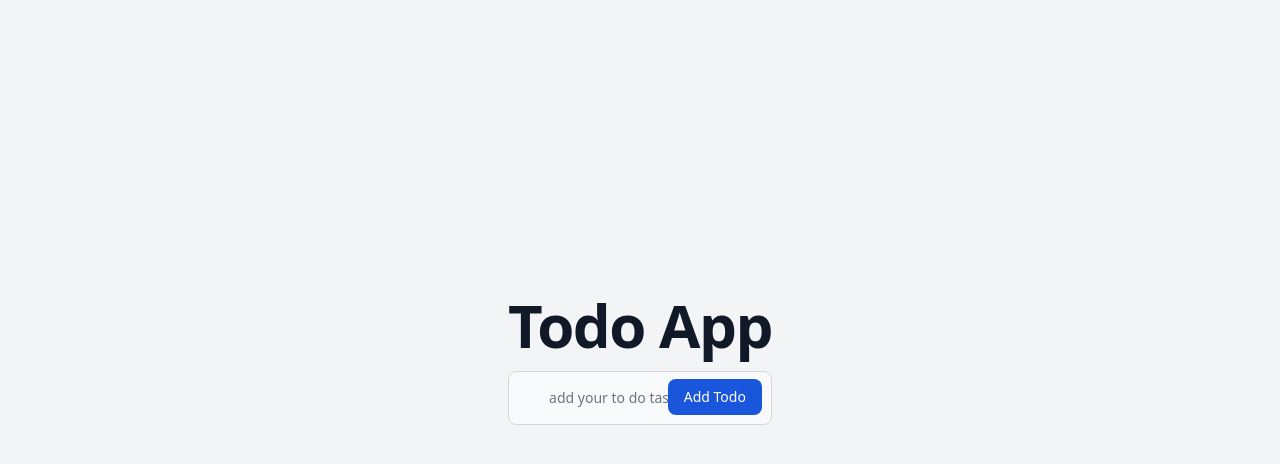
Repository: sodmaq/Todo-App
Page: /
The author's editor kept a copy of each file at every save. The page is drawn from the files as they stood at one save, then again after the next save.
The browser window is 1280 px wide. The pictures show the whole page.
The project was rebuilt for these pictures with package versions that can differ from the ones it lists, and the page was loaded fresh each time. Also part of the build but not shown: vite.config.js, src/components/TodoItem.jsx.

Above is the page before, as saved 2024-09-03 18:23:32.

After the next save:
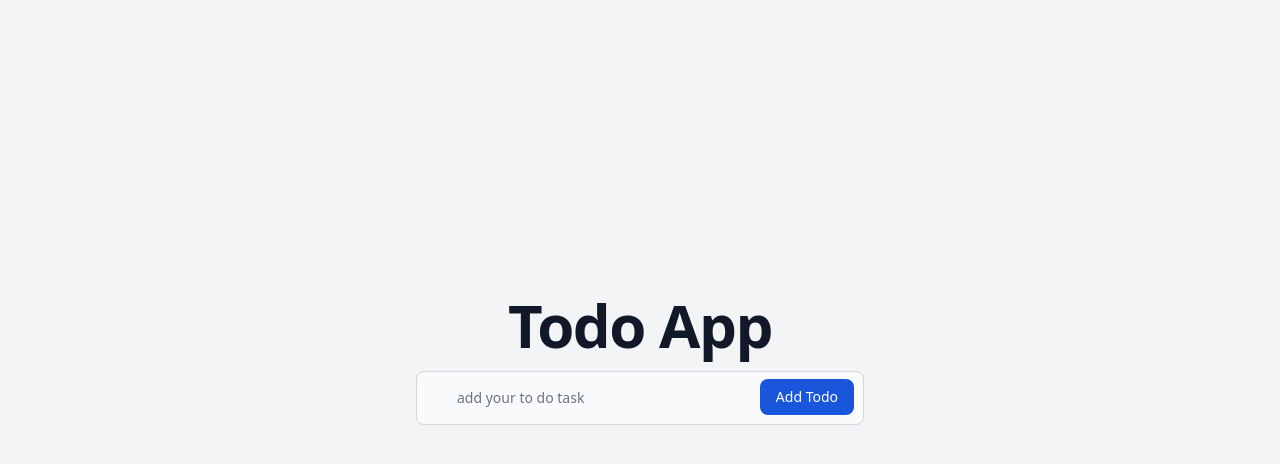
Saved 26 s later.
--- a/src/App.jsx
+++ b/src/App.jsx
@@ -32,7 +32,7 @@
 
   return (
     <main className="bg-gray-100 h-screen flex justify-center items-center">
-      <div className="max-w-md mx-auto w-lg">
+      <div className="max-w-md mx-auto w-full">
         <Header />
         <TodoInput addTodo={addTodo} />
         <TodoList
